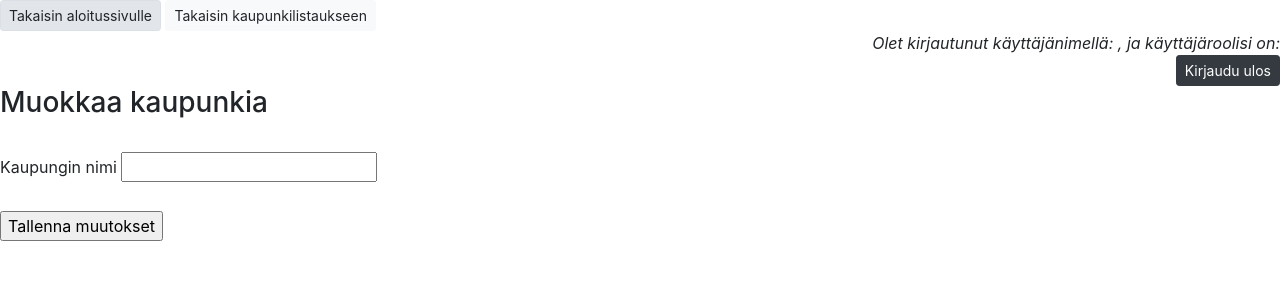
Repository: LiljestromNadja/Backend_s2023_harjoitustyo
Page: http://localhost/editCity
An editor plug-in stored every save of this project. The page is shown before and after the next save, followed by the edit.
The browser window is 1280 px wide. The pictures show the whole page.
The page is this project's Thymeleaf template; nobody is signed in. The template is opened directly, without the code that normally fills it, so the values that code supplies are empty.

Above is the page before, as saved 2023-11-10 17:27:37.

### harkkas23v01/src/main/resources/templates/editCity.html
<!DOCTYPE HTML>
<html xmlns:th="http://www.thymeleaf.org">
	<head>
	    <title>Muokkaa kaupunkia</title> <!-- 18102023 -->
	    <meta http-equiv="Content-Type" content="text/html; charset=UTF-8" />
	    <!-- Bootstrap-linkki vaihdettu tähän 04-10-2023 -->
		<link rel="stylesheet" href="https://cdn.jsdelivr.net/npm/bootstrap@4.0.0/dist/css/bootstrap.min.css" integrity="sha384-Gn5384xqQ1aoWXA+058RXPxPg6fy4IWvTNh0E263XmFcJlSAwiGgFAW/dAiS6JXm" crossorigin="anonymous"> <!-- Lisättiin tyyli, bootstrap 4.0 -->
		<!-- Lisättiin tyyli, bootstrap 4.0 -->
	</head>
	<body>
			<a href="/index"><button class="text-left btn btn-light btn-sm">Takaisin aloitussivulle</button></a>
			<a href="/cities"><button class="text-left btn btn-light btn-sm">Takaisin kaupunkilistaukseen</button></a>

		<div class="text-right">
			<i>Olet kirjautunut käyttäjänimellä: <b sec:authentication="name"></b>,	ja käyttäjäroolisi on: <b sec:authentication="principal.authorities"></b></i>
			<br>
			<form class="text-right" th:action="@{/logout}" method="post">
				<input type="submit" value="Kirjaudu ulos" class="btn btn-sm btn-dark" />
			</form>
		</div>

		<h3>Muokkaa kaupunkia</h3>
		</br>
		<div>
			<form th:object="${city}" th:action="@{../saveCity}" action="#" method="post"> 	 					<!-- Tässä menee @{/saveCaegory} -->

			  	<input type="hidden" id="cityid" th:field="*{cityid}" />												<!-- muokatessa id:n täytyy mennä mukana backendin puolelle, ettei luoda uutta kategoriaa -->
			  	<div>
				  	<label>Kaupungin nimi</label>
					<input type="text" th:field="*{name}" />
				</div>

				<br>
				<input  type="submit" value="Tallenna muutokset"></input>
			</form>

		</div>





	</body>
</html>

After the next save:
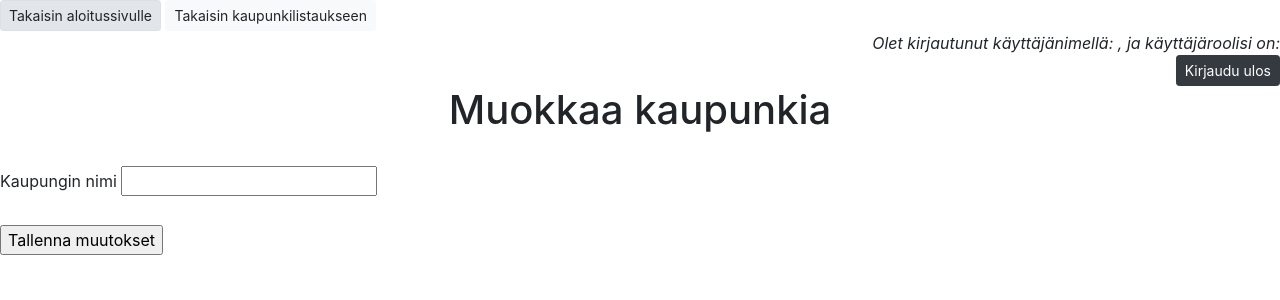
Saved 59 s later.
--- a/harkkas23v01/src/main/resources/templates/editCity.html
+++ b/harkkas23v01/src/main/resources/templates/editCity.html
@@ -19,7 +19,7 @@
 			</form>
 		</div>
 
-		<h3>Muokkaa kaupunkia</h3>
+		<h1 style="text-align: center;">Muokkaa kaupunkia</h1>
 		</br>
 		<div>
 			<form th:object="${city}" th:action="@{../saveCity}" action="#" method="post"> 	 					<!-- Tässä menee @{/saveCaegory} -->
